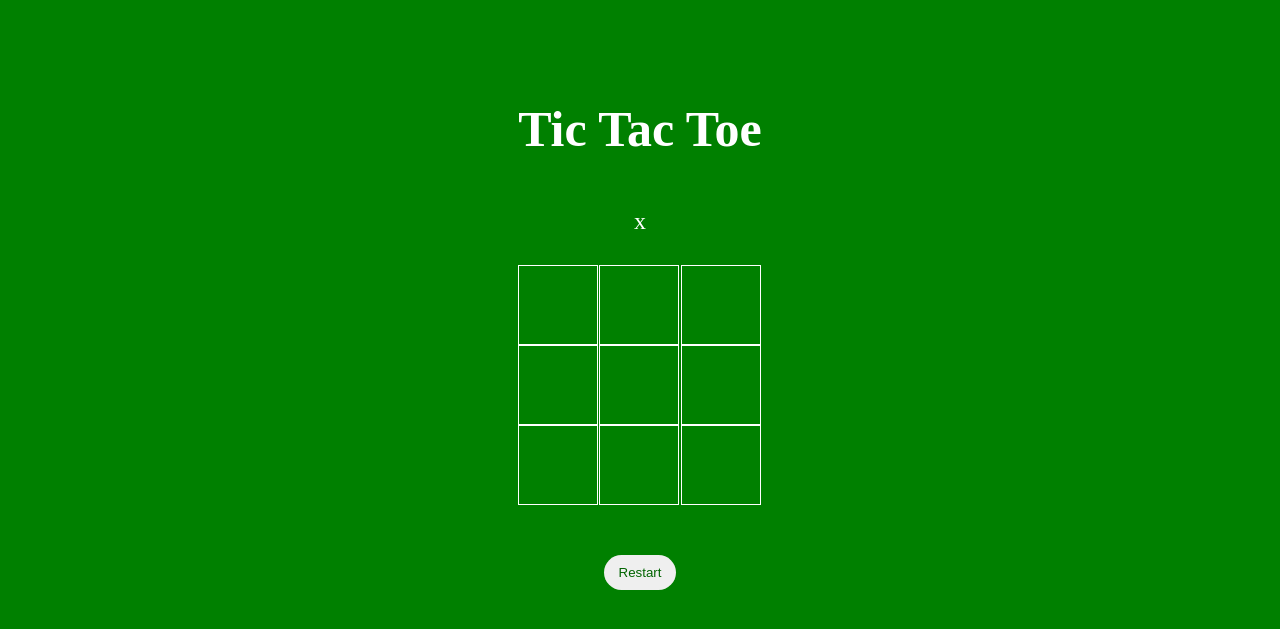
Repository: LusyaPetrosyan/x-o
Page: index.html
These files come from the project's save history. The page is drawn as it stood at one moment and after a run of saves; the edit follows.
The browser window is 1280 px wide. The pictures show the whole page.

Above is the page before, as saved 2022-02-06 21:02:20.

After the next 2 saves:
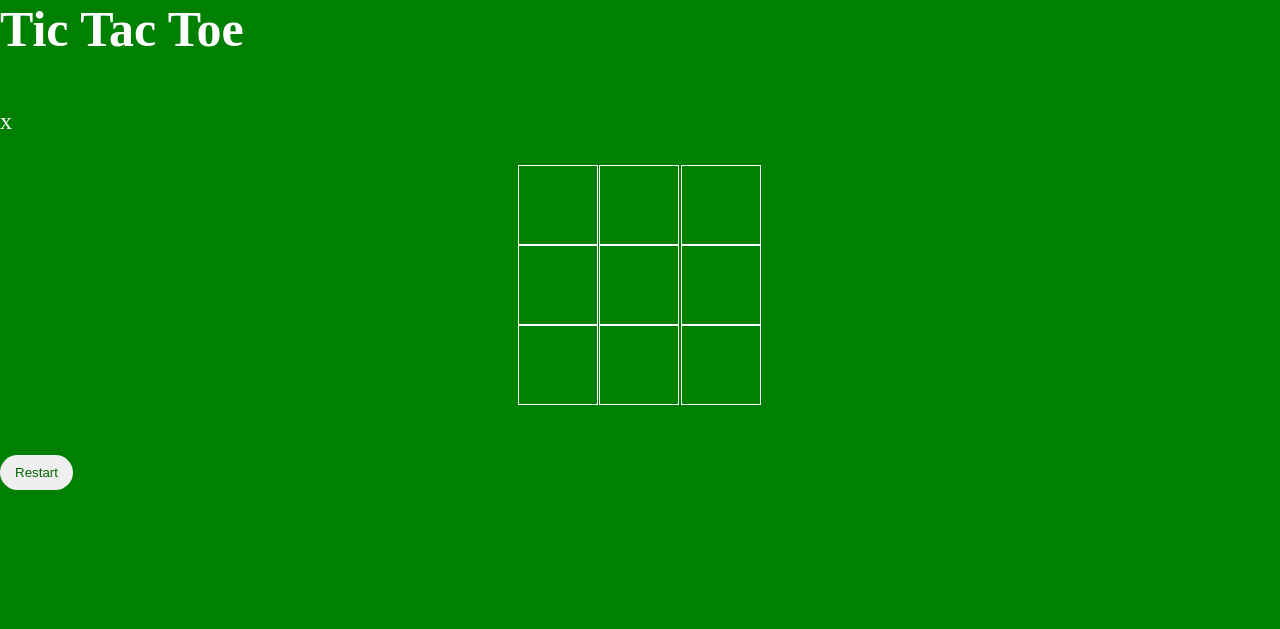
The 2 saves are shown as one change because they came seconds apart.
The last was saved 7 days later.
--- a/style.css
+++ b/style.css
@@ -15,7 +15,7 @@
     height: 100vh;
     width: 100vw;
     background-color: green;
-   text-align: center;
+   d
    padding-top: 100px;
 }
 
